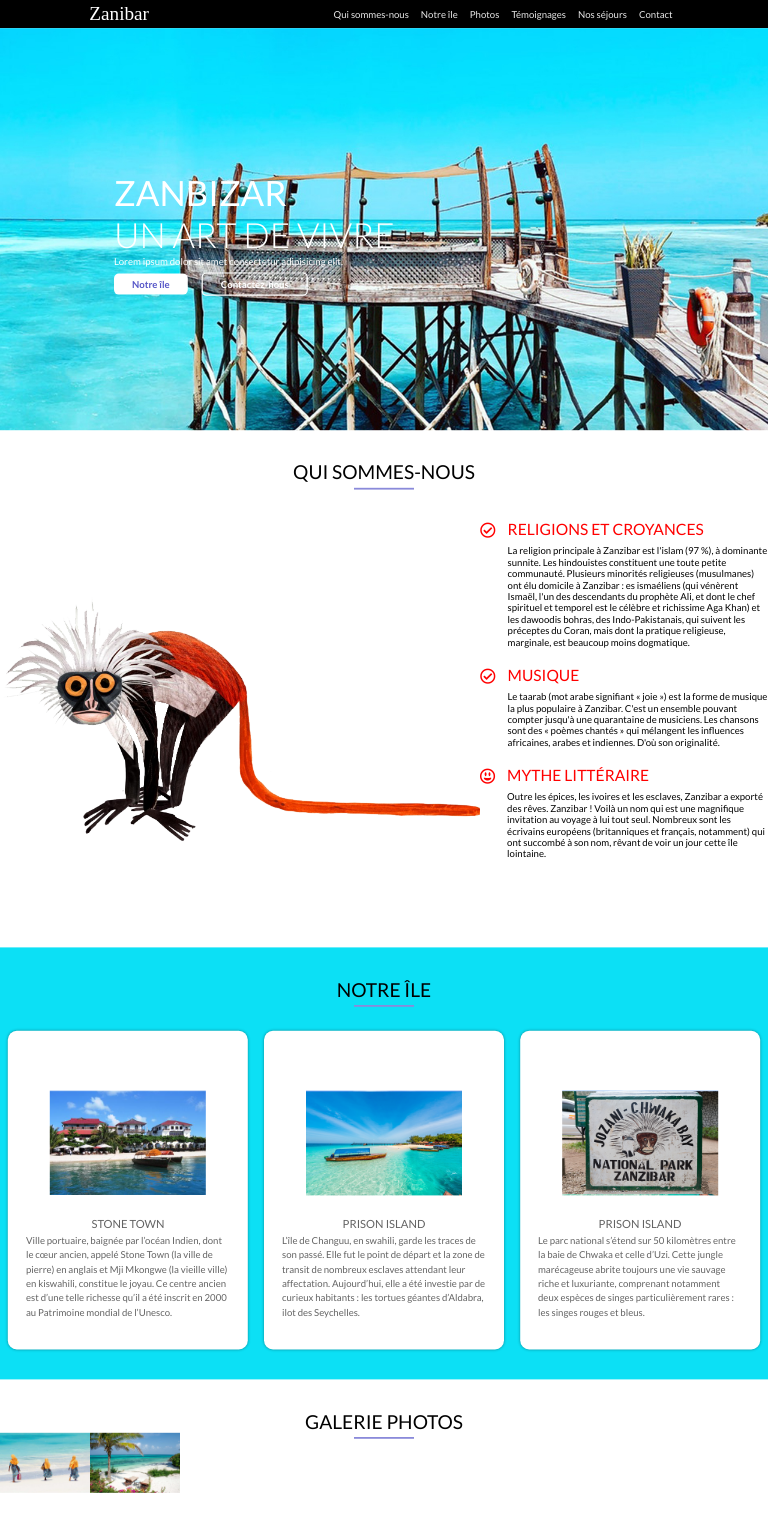
Repository: ypiard85/zanzibar
Page: index.html
These files come from the project's save history. The page is drawn as it stood at one moment and after a run of saves; the edit follows.
The browser window is 1280 px wide. The pictures show the whole page, at 60% of full size.
Some web fonts or font styles are not loaded; a fallback is used.

Above is the page before, as saved 2021-03-01 11:02:01.

### index.html
<!DOCTYPE html>
<html lang="en">
  <head>
    <meta charset="UTF-8" />
    <meta http-equiv="X-UA-Compatible" content="IE=edge" />
    <meta name="viewport" content="width=device-width, initial-scale=1.0" />
    <link rel="stylesheet" href="font/font.css" />
    <link rel="stylesheet" href="./style.css" />
    <link
      rel="stylesheet"
      href="https://use.fontawesome.com/releases/v5.15.2/css/all.css"
      integrity="sha384-vSIIfh2YWi9wW0r9iZe7RJPrKwp6bG+s9QZMoITbCckVJqGCCRhc+ccxNcdpHuYu"
      crossorigin="anonymous"
    />
    <link
      href="https://fonts.googleapis.com/css?family=Lato:300,400,700"
      rel="stylesheet"
    />
    <link
      href="https://fonts.googleapis.com/css?family=Sanchez"
      rel="stylesheet"
    />
    <title> </title>
  </head>
  <body>
    <header role="header">
      <nav class="nav">
        <div class="nav_left">
          <a href="">
            Zanibar
          </a>
        </div>
        <ul class="nav_link">
          <li><a href="">Qui sommes-nous</a></li>
          <li><a href="">Notre île</a></li>
          <li><a href="">Photos</a></li>
          <li><a href="">Témoignages</a></li>
          <li><a href="">Nos séjours</a></li>
          <li><a href="">Contact</a></li>
        </ul>
      </nav>
    </header>
      <section class="image_thumbnail">
        <div class="content_thumbnail">
          <p class="titlte_first">ZANBIZAR</p>
          <p class="title_second">UN ART DE VIVRE</p>
          <p>Lorem ipsum dolor sit amet consectetur adipisicing elit.</p>
          <a href="" class="btn_plein">Notre île</a>
          <a href="" class="btn_empty">Contactez-nous</a>
        </div>
      </section>
      <section class="about">
        <div class="title">
          <p class="blue_border">Qui sommes-nous</p>
        </div>
        <div class="about_content">
          <div class="about_content_left">
            <img src="./tea.png" alt="tea image" />
          </div>
          <div class="about_content_right">
            <div class="about_content_option">
              <i class="far fa-check-circle"></i>
              <p>
                <span>RELIGIONS ET CROYANCES</span>
                La religion principale à Zanzibar est l'islam (97 %), à
                dominante sunnite. Les hindouistes constituent une toute petite
                communauté. Plusieurs minorités religieuses (musulmanes) ont élu
                domicile à Zanzibar : es ismaéliens (qui vénèrent Ismaël, l'un
                des descendants du prophète Ali, et dont le chef spirituel et
                temporel est le célèbre et richissime Aga Khan) et les dawoodis
                bohras, des Indo-Pakistanais, qui suivent les préceptes du
                Coran, mais dont la pratique religieuse, marginale, est beaucoup
                moins dogmatique.
              </p>
            </div>
            <div class="about_content_option">
              <i class="far fa-check-circle"></i>
              <p>
                <span>MUSIQUE</span>
                Le taarab (mot arabe signifiant « joie ») est la forme de
                musique la plus populaire à Zanzibar. C'est un ensemble pouvant
                compter jusqu'à une quarantaine de musiciens. Les chansons sont
                des « poèmes chantés » qui mélangent les influences africaines,
                arabes et indiennes. D'où son originalité.
              </p>
            </div>
            <div class="about_content_option">
              <i class="far fa-grin-alt"></i>
              <p>
                <span>MYTHE LITTÉRAIRE</span>
                Outre les épices, les ivoires et les esclaves, Zanzibar a
                exporté des rêves. Zanzibar ! Voilà un nom qui est une
                magnifique invitation au voyage à lui tout seul. Nombreux sont
                les écrivains européens (britanniques et français, notamment)
                qui ont succombé à son nom, rêvant de voir un jour cette île
                lointaine.
              </p>
            </div>
          </div>
        </div>
      </section>
      <section class="notre_ile">
        <div class="title">
          <p class="blue_border">Notre île</p>
        </div>
        <div class="content">
          <div class="card">
            <img src="./card/stone-town.png" alt="stone town" />
            <h3>STONE TOWN</h3>
            <p>
              Ville portuaire, baignée par l’océan Indien, dont le cœur ancien,
              appelé Stone Town (la ville de pierre) en anglais et Mji Mkongwe
              (la vieille ville) en kiswahili, constitue le joyau. Ce centre
              ancien est d’une telle richesse qu’il a été inscrit en 2000 au
              Patrimoine mondial de l’Unesco.
            </p>
          </div>
          <div class="card">
            <img src="./card/prison-island.png" alt="" />
            <h3>PRISON ISLAND</h3>
            <p>
              L’île de Changuu, en swahili, garde les traces de son passé. Elle
              fut le point de départ et la zone de transit de nombreux esclaves
              attendant leur affectation. Aujourd’hui, elle a été investie par
              de curieux habitants : les tortues géantes d’Aldabra, ilot des
              Seychelles.
            </p>
          </div>
          <div class="card">
            <img src="./card/parc-national-jozani.png" alt="" />
            <h3>PRISON ISLAND</h3>
            <p>
              Le parc national s’étend sur 50 kilomètres entre la baie de Chwaka
              et celle d’Uzi. Cette jungle marécageuse abrite toujours une vie
              sauvage riche et luxuriante, comprenant notamment deux espèces de
              singes particulièrement rares : les singes rouges et bleus.
            </p>
          </div>
        </div>
      </section>
      <section class="galerie">
        <div class="title">
          <p class="blue_border">GALERIE PHOTOS</p>
        </div>
        <div class="image_galerie">
          <div class="row_one">
            <img src="./galerie/femmes-zanzibar.jpg" alt="">
            <img src="./galerie/plage-zanzibar.jpg" alt="">
          </div>
        </div>
      </section>
    </div>
  </body>
</html>

### font/font.css
/*! Generated by Font Squirrel (https://www.fontsquirrel.com) on June 4, 2019 */



@font-face {
    font-family: 'warnesregular';
    src: url('warnes-regular-webfont.eot');
    src: url('warnes-regular-webfont.eot?#iefix') format('embedded-opentype'),
         url('warnes-regular-webfont.woff2') format('woff2'),
         url('warnes-regular-webfont.woff') format('woff'),
         url('warnes-regular-webfont.ttf') format('truetype'),
         url('warnes-regular-webfont.svg#warnesregular') format('svg');
    font-weight: normal;
    font-style: normal;

}

### style.css
:root{
    --font-family-title: "warnesregular";
    --guillemet-citation: "Sanchez", serif;
    --font-size-title-medium: 32px;
    --button-header-blue: rgb(85, 85, 199);
    --font-size-title-red: red;
}

*{
    margin: 0;
    padding: 0;
    box-sizing: border-box;
    list-style: none;
    text-decoration: none;
    transition: 0.3s;
}

html {
    background-color: #fff;
    font-family: "Lato", "Arial", sans-serif;
}


.nav{
    background: black;
    display: flex;
    justify-content: space-around;
    align-items: center;
    padding: 5px 0;
    width: 100%;
}

section{
    padding: 50px 0;
}

.nav *{
    color: #fff;
}

.nav_left a{
    font-family: var(--font-family-title);
    font-size: 32px;
}

.nav_link{
    display: flex;
}

.nav_link li a{
    color: rgb(233, 233, 233);
    margin: 0 10px;

}

.image_thumbnail{
    background-image: url('./header.jpg');
    background-repeat: no-repeat;
    background-position: center right;
    height: 93vh;

}

.content_thumbnail{
    padding: 190px;
    color: #fff;
}

.content_thumbnail .titlte_first{
    font-size: 58px;
}

.content_thumbnail .title_second{
    font-size: 58px;
    font-weight: 100;
}

.content_thumbnail > a{
    display: inline-block;
    margin-top: 10px;
    padding: 8px 30px;
    border-radius: 8px;
    margin-right: 20px;
    font-weight: 600;
}

.btn_plein{
    background-color: white;
    color: var(--button-header-blue);
}

.btn_plein:hover{
    background-color: var(--button-header-blue);
    color: white;
}

.btn_empty{
    background-color: transparent;
    color: #fff;
    border: 2px solid #fff;
}

.btn_empty:hover{
    color: var(--button-header-blue);
    background-color: white;
}


section .title p {
    text-align: center;
    text-transform: uppercase;
    font-size: var(--font-size-title-medium);
    position: relative;
}

.blue_border::after{
    content: '';
    position: absolute;
    background-color: rgb(138, 138, 218);
    left: 0;
    right: 0;
    bottom: -10px;
    height: 3px;
    width: 100px;
    margin: 0 auto;
}

.about_content{
    margin-top: 60px;
    display: flex;
    justify-content: space-evenly;
}

.about_content_option{
    display: flex;
    margin-bottom: 30px;
}

.about_content_option i{
    font-size: 26px;
    color: var(--font-size-title-red);
    margin-right: 20px;
    margin-top: 5px;
}

.about_content_option p span{
    display: block;
    color: var(--font-size-title-red);
    font-size: 26px;
    margin-bottom: 10px;
}

.about_content_right{
    width: 500px;
}

.notre_ile{
    background-color: #0CE0F5;
}

.notre_ile > .content{
    margin-top: 50px;
}

.card{
    background-color: #FFF;
    display: flex;
    flex-direction: column;
    align-items: center;
    width: 400px;
    max-width: 100%;
    padding: 50px 30px;
    border-radius: 15px;
    box-shadow: 0 0 5px rgba(0, 0, 0, 0.411);
    color: rgb(99, 99, 99);
}

.card *{
    font-weight: normal ;
}

.card h3{
    margin-bottom: 5px;
}

.card p{
    line-height: 1.5rem;
}

.card img{
    width: 260px;
}

.notre_ile .content{
    display: flex;
    align-items: center;
    justify-content: space-around;

}

.image_galerie{
    display: flex;
    width: 100%;
    max-width: 100%;
}

.image_galerie img{
    width: 150px;
}

.row_one{
    display: flex;
}

After the next 2 saves:
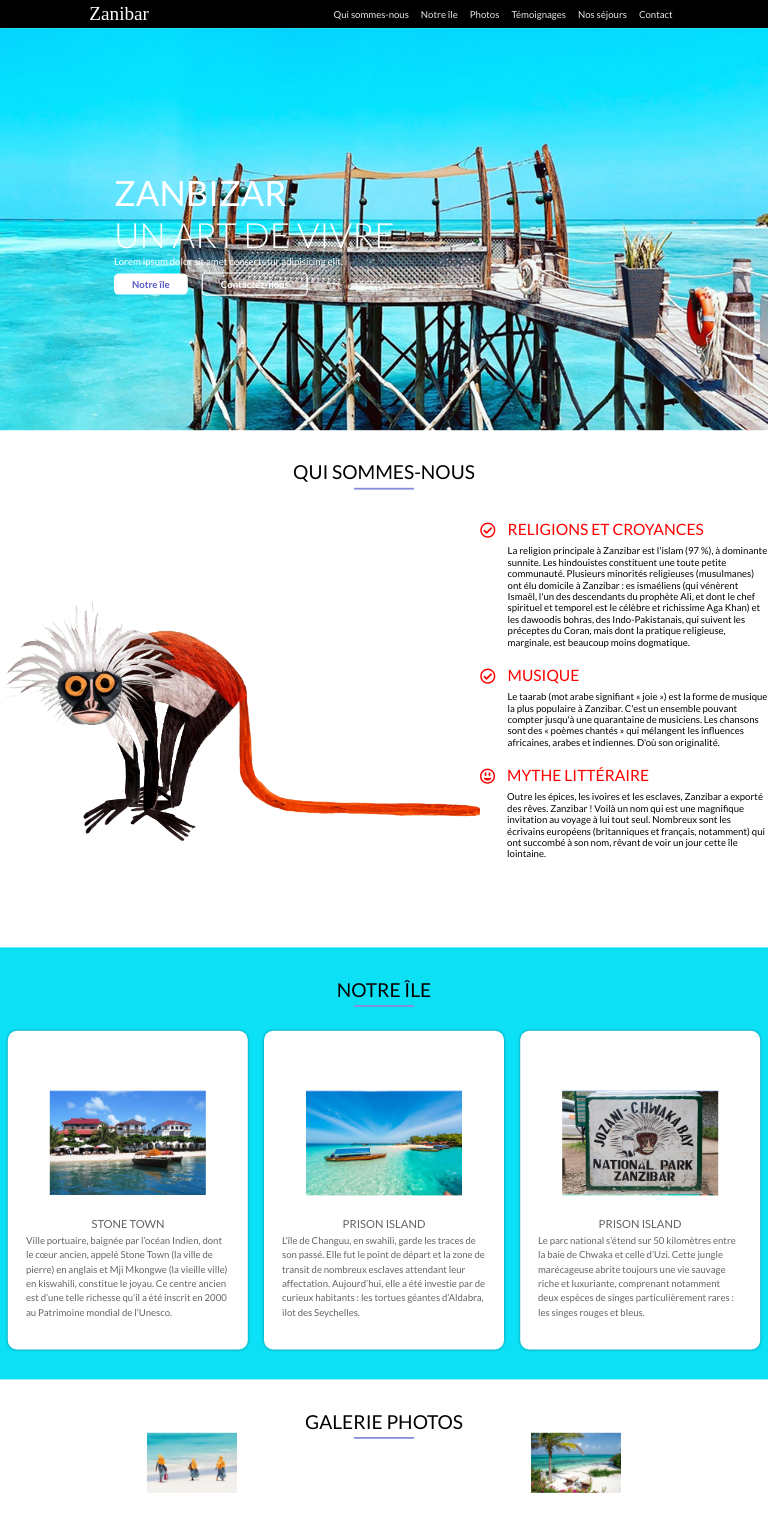
The 2 saves are shown as one change because they came seconds apart.
The last was saved 14 s later.
--- a/style.css
+++ b/style.css
@@ -198,16 +198,11 @@ section .title p {
 
 }
 
-.image_galerie{
-    display: flex;
-    width: 100%;
-    max-width: 100%;
-}
-
 .image_galerie img{
     width: 150px;
 }
 
 .row_one{
     display: flex;
-}
+justify-content: space-around;
+}
